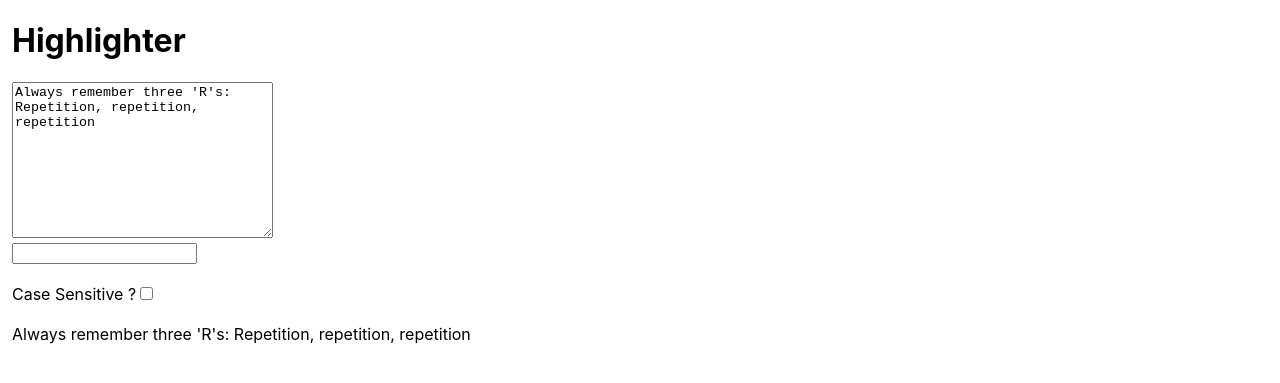
Repository: ahmadsaadkhan/wavesurfer-testproject
Page: /
An editor plug-in stored every save of this project. The page is shown before and after the next save, followed by the edit.
The browser window is 1280 px wide. The pictures show the whole page.
The project was rebuilt for these pictures with package versions that can differ from the ones it lists, and the page was loaded fresh each time. Also part of the build but not shown: src/components/Notification.js.

Above is the page before, as saved 2022-02-19 18:26:17.

After the next save:
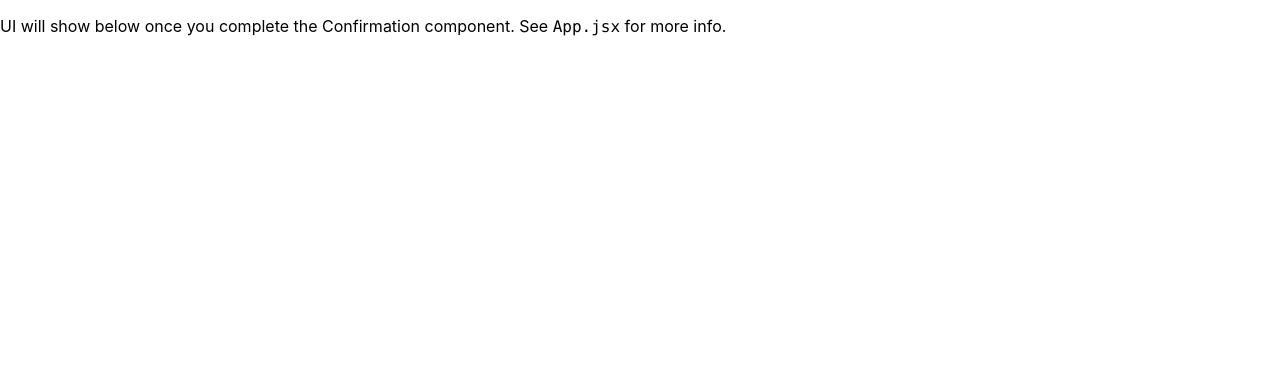
Saved 4 s later.
--- a/src/App.js
+++ b/src/App.js
@@ -1,9 +1,24 @@
-import Highlighter from './Highlighter';
+import React from "react";
+import ReactDOM from "react-dom";
+import Confirmation from "./components/Confirmation";
 
-function App() {
-  return (
-    <Highlighter />
-  );
-}
+/* Changes made to this file will not affect your tests.
+ * This file is used to control the behavior of the web preview.
+*/
+const App = props => (
+  <div id="app">
+    <p>
+      UI will show below once you complete the Confirmation component. See <code>App.jsx</code> for more info.
+    </p>
+    <Confirmation
+      message='Is the pie a lie?'
+      type='message'
+      accept={() =>
+        console.log("accepted") // prints to browser console
+      }
+      decline={() => console.log("declined")}
+    />
+  </div>
+);
 
 export default App;
